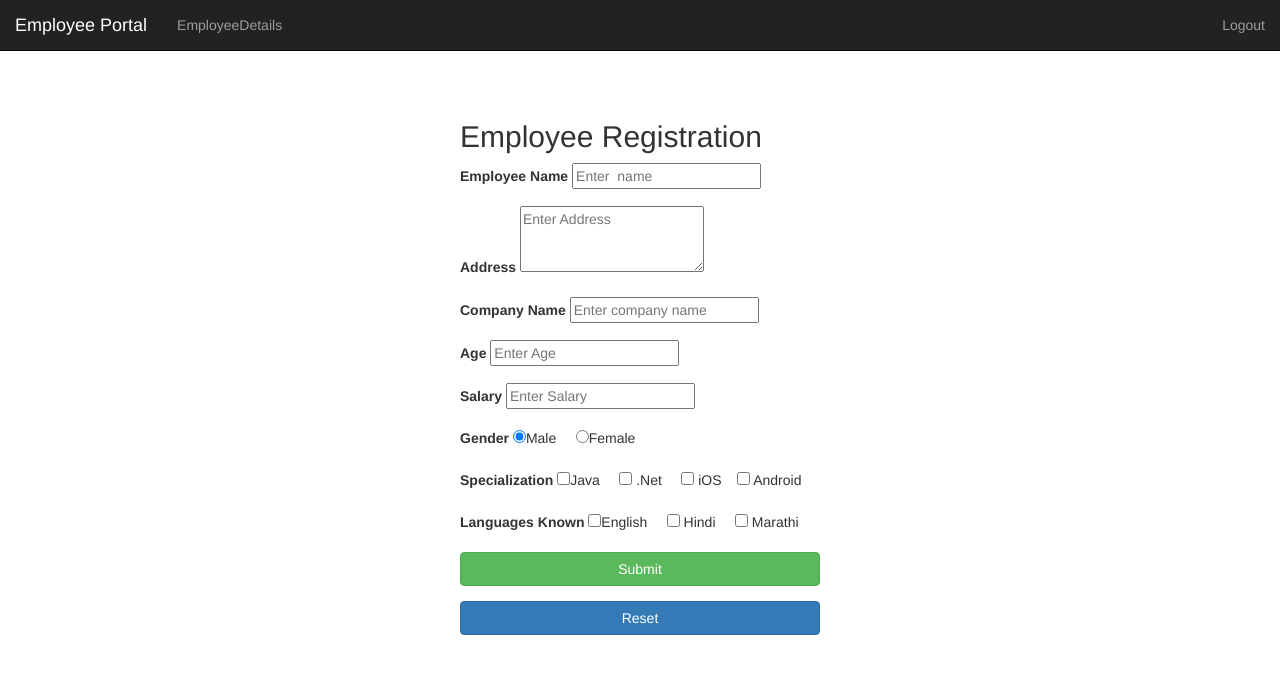
Repository: jagdishpatil18/JavaAdv
Page: http://localhost/EmployeePortal/Employee
An editor plug-in stored every save of this project. The page is shown before and after the next save, followed by the edit.
The browser window is 1280 px wide. The pictures show the whole page.
Some web libraries are served in a nearby version. The page is served by Tomcat 9. The session is filled in as if someone had signed in: {"accesscount": 1, "userid": 1}.

Above is the page before, as saved 2017-05-26 09:48:44.

After the next save:
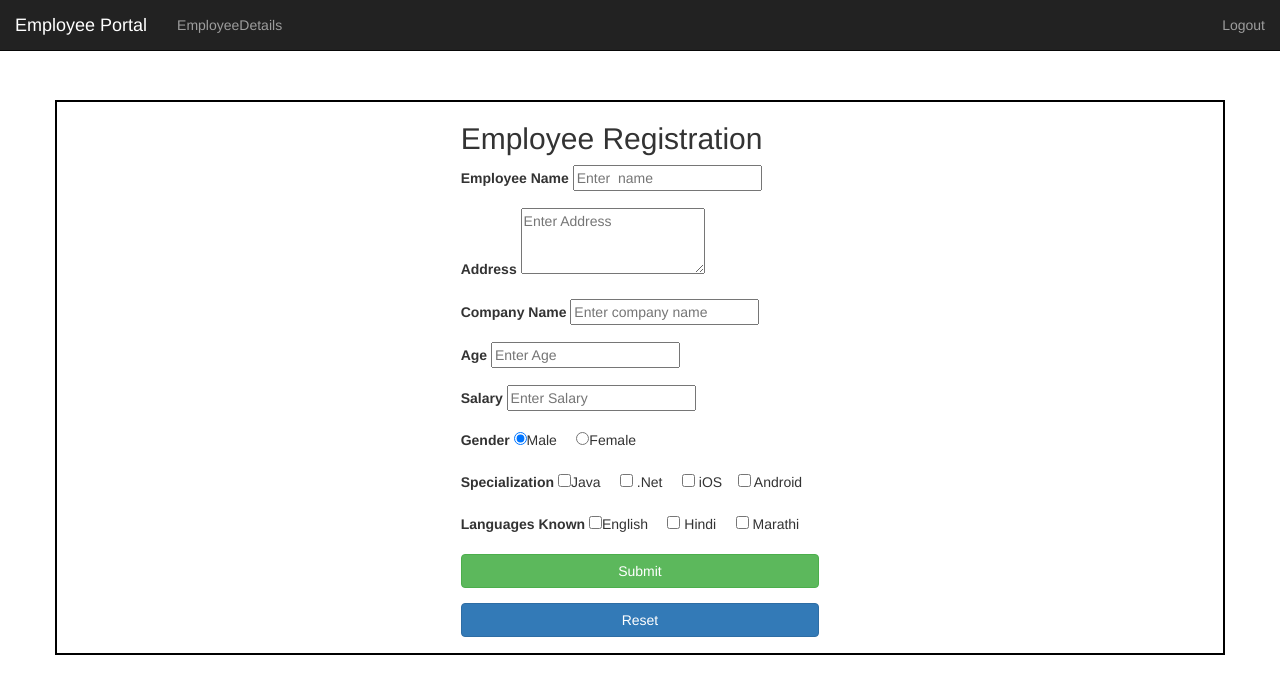
Saved 2 min 45 s later.
--- a/EmployeePortal/EmployeePortal/WebContent/newempreg.jsp
+++ b/EmployeePortal/EmployeePortal/WebContent/newempreg.jsp
@@ -94,6 +94,7 @@ function validateemp()
 
 .container{
 margin-top: 100px;
+border: 2px solid black;
 }
 
 </style>
